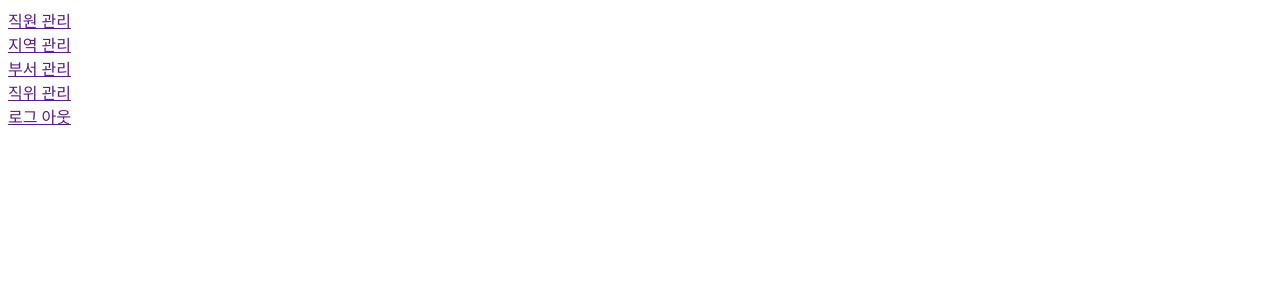
Repository: Umkimisstrong/UM_SpringMVCStudy
Page: http://localhost/mvc04/EmployeeMenu.jsp
An editor plug-in stored every save of this project. The page is shown before and after a run of saves, followed by the edit.
The browser window is 1280 px wide. The pictures show the whole page.
The page is served by Tomcat 9.

Above is the page before, as saved 2022-05-27 01:09:50.

### mvc04/WebContent/EmployeeMenu.jsp
<%@ page contentType="text/html; charset=UTF-8"%>
<%@ taglib prefix="c" uri="http://java.sun.com/jsp/jstl/core"%>
<%
	request.setCharacterEncoding("UTF-8");
	String cp = request.getContextPath();
%>
<!DOCTYPE html>
<html>
<head>
<meta charset="UTF-8">
<title>EmployeeMenu.jsp</title>
<link rel="stylesheet" type="text/css" href="<%=cp %>/css/menuStyle.css">
</head>
<body>

<!--------------------------------
      #13 EmployeeMenu.jsp
      - 메인 메뉴 페이지 구성
      - 로그아웃 기능 포함
 --------------------------------->
<div id="menu">
	<ul>
		<li>
			<a href="" class="menu">직원 관리</a>
		</li>

		<li>
			<a href="" class="menu">지역 관리</a>
		</li>

		<li>
			<a href="" class="menu">부서 관리</a>
		</li>

		<li>
			<a href="" class="menu">직위 관리</a>
		</li>

		<li>
			<a href="" class="menu">로그 아웃</a>
		</li>
	</ul>
</div>






























</body>
</html>

### mvc04/WebContent/css/menuStyle.css
@charset "UTF-8";

/* ========================
    #14. menuStyle.css
    - 메뉴스타일 구성
======================== */

ul
{
	list-style-type: none;
	margin: 0;
	padding: 0;
	overflow: hidden;
}

After the next 2 saves:
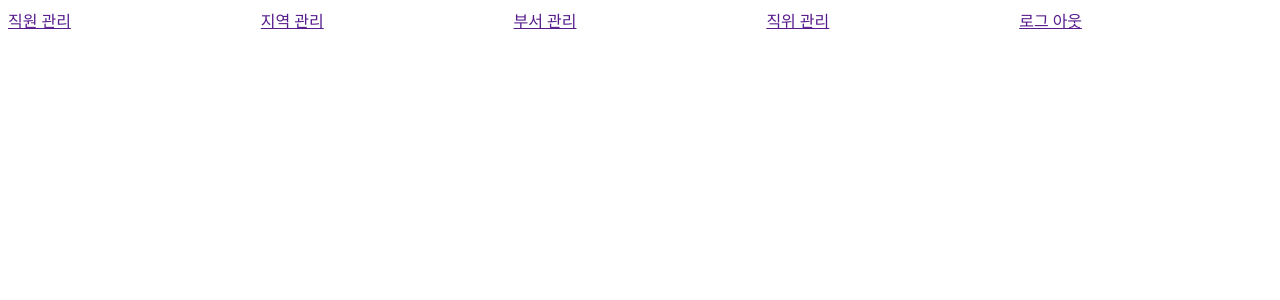
The 2 saves are shown as one change because they came seconds apart.
The last was saved 72 s later.
--- a/mvc04/WebContent/css/menuStyle.css
+++ b/mvc04/WebContent/css/menuStyle.css
@@ -12,3 +12,9 @@ ul
 	padding: 0;
 	overflow: hidden;
 }
+
+li
+{
+	width: 20%;
+	float: left;
+}
